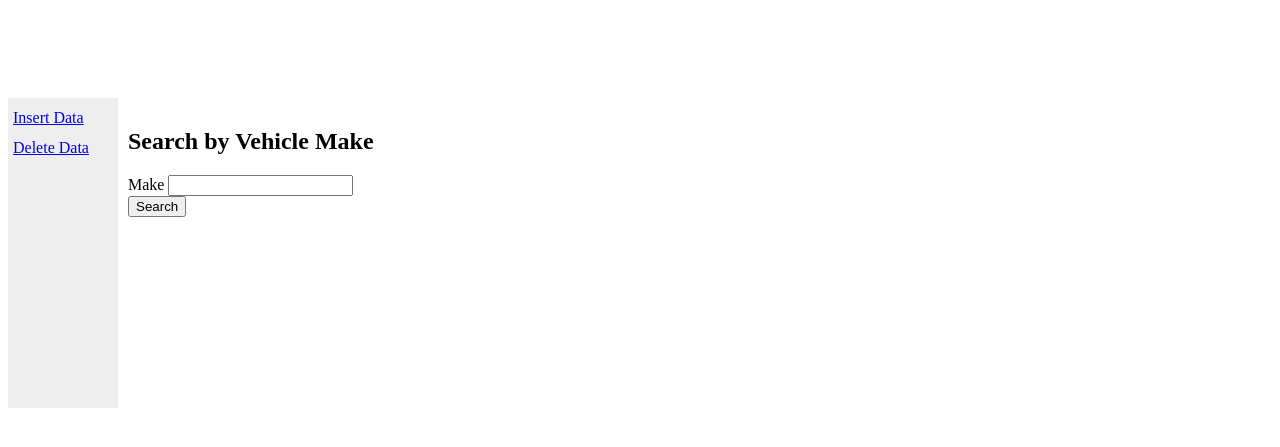
Repository: CamdenMurphy/workspace4830-intro-to-software-engineering
Page: techExercise/techExercise-Murphy/src/main/webapp/search_murphy.html
An editor plug-in stored every save of this project. The page is shown before and after the next save, followed by the edit.
The browser window is 1280 px wide. The pictures show the whole page.

Above is the page before, as saved 2023-10-12 05:53:47.

### techExercise/techExercise-Murphy/src/main/webapp/search_murphy.html
<html>
<head>
<style>
header {
    background-color:White;
    color:white;
    text-align:center;
    padding:5px;
}
nav {
    line-height:30px;
    background-color:#eeeeee;
    height:300px;
    width:100px;
    float:left;
    padding:5px;
}
section {
    width:350px;
    float:left;
    padding:10px;
}
footer {
    background-color:black;
    color:white;
    clear:both;
    text-align:center;
    padding:5px;
}
</style>
</head>

<body>
<header>
<h1> Search Vehicle Inventory</h1>
</header>

<nav>
<a href="/techExercise-Murphy/insert_murphy.html">Insert Data</a> <br>
<a href="/techExercise-Murphy/delete_murphy.html">Delete Data</a> <br>
</nav>

<section>
	<h1>Search by Vehicle Make</h1>

	<form action="SearchMurphy" method="POST">

		Make <input type="text" name="keyword"> <br />

		<input type="submit" value="Search" />
	</form>

</section>

</body>
</html>

After the next save:
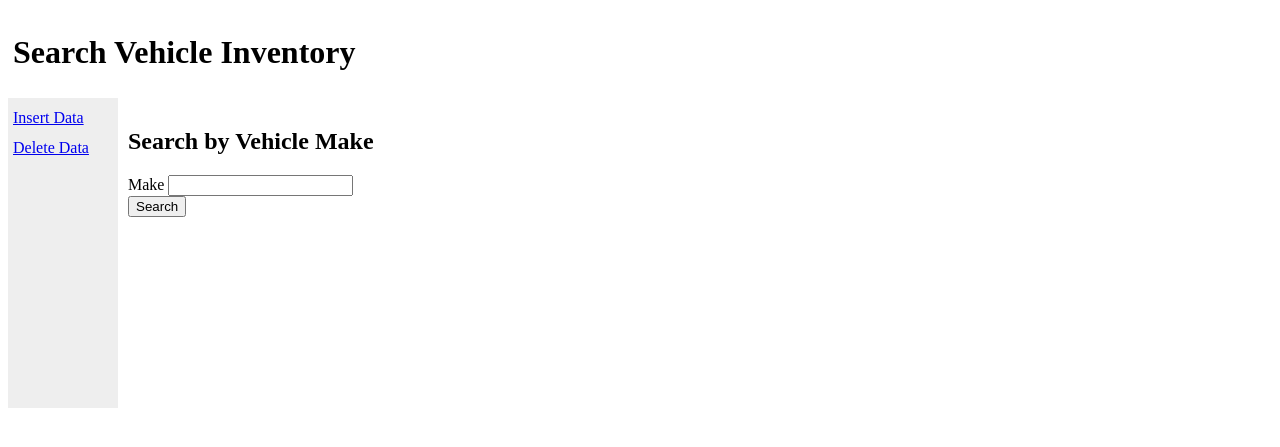
Saved 117 s later.
--- a/techExercise/techExercise-Murphy/src/main/webapp/search_murphy.html
+++ b/techExercise/techExercise-Murphy/src/main/webapp/search_murphy.html
@@ -3,8 +3,6 @@
 <style>
 header {
     background-color:White;
-    color:white;
-    text-align:center;
     padding:5px;
 }
 nav {
